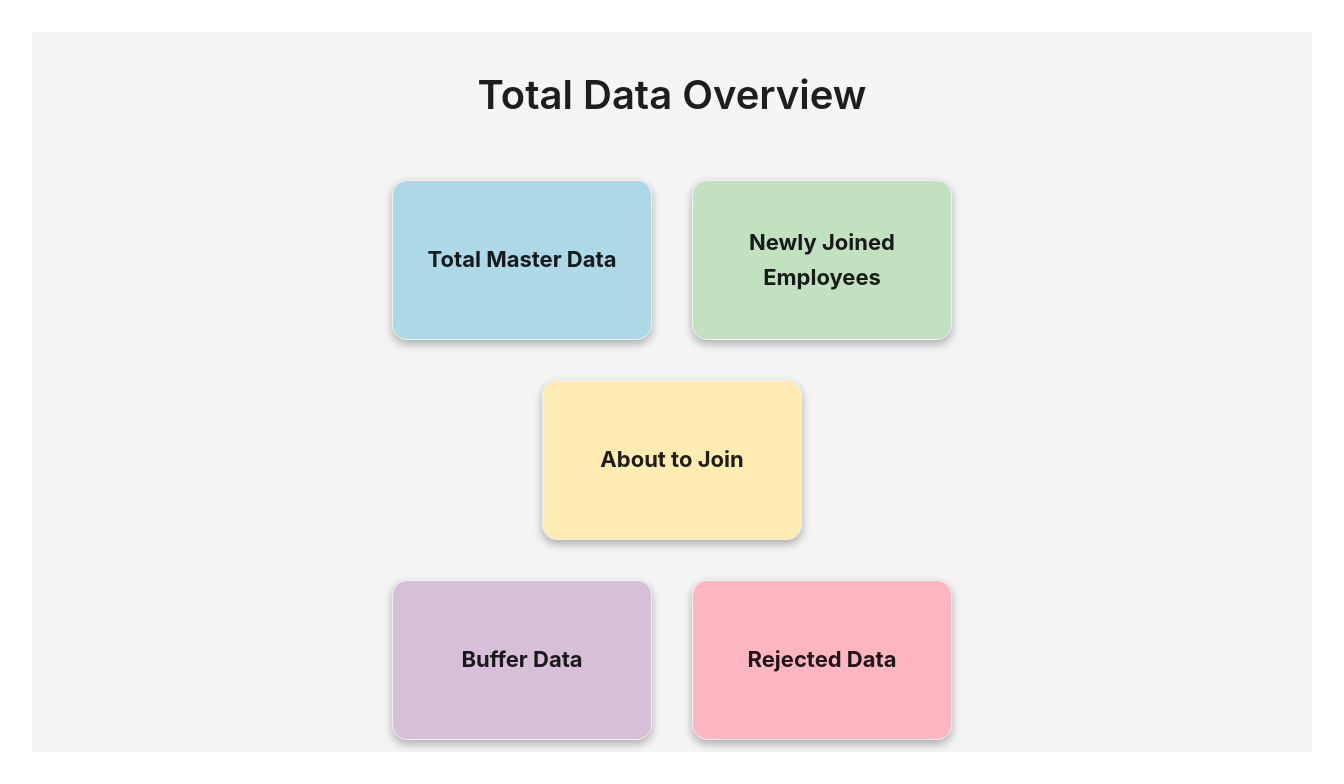
Repository: Moqueed/Delta_Iot
Page: /total-data (app in client/)
An editor plug-in stored every save of this project. The page is shown before and after the next save, followed by the edit.
The browser window is 1280 px wide. The page is 1344 px wide, so the pictures cover 1344 px, including what lies to the right of the window. The pictures show the whole page.
The project was rebuilt for these pictures with package versions that can differ from the ones it lists, and the page was loaded fresh each time. Also part of the build but not shown: client/vite.config.js, client/src/api/index.js, client/src/api/users.js, client/src/pages/Register/index.jsx, client/src/pages/Login/index.jsx, client/src/components/ProtectedRoute.jsx, client/src/pages/HR/HRDashboard.jsx, client/src/pages/Admin/AdminDashboard.jsx.

Above is the page before, as saved 2025-03-13 22:53:55.

After the next save:
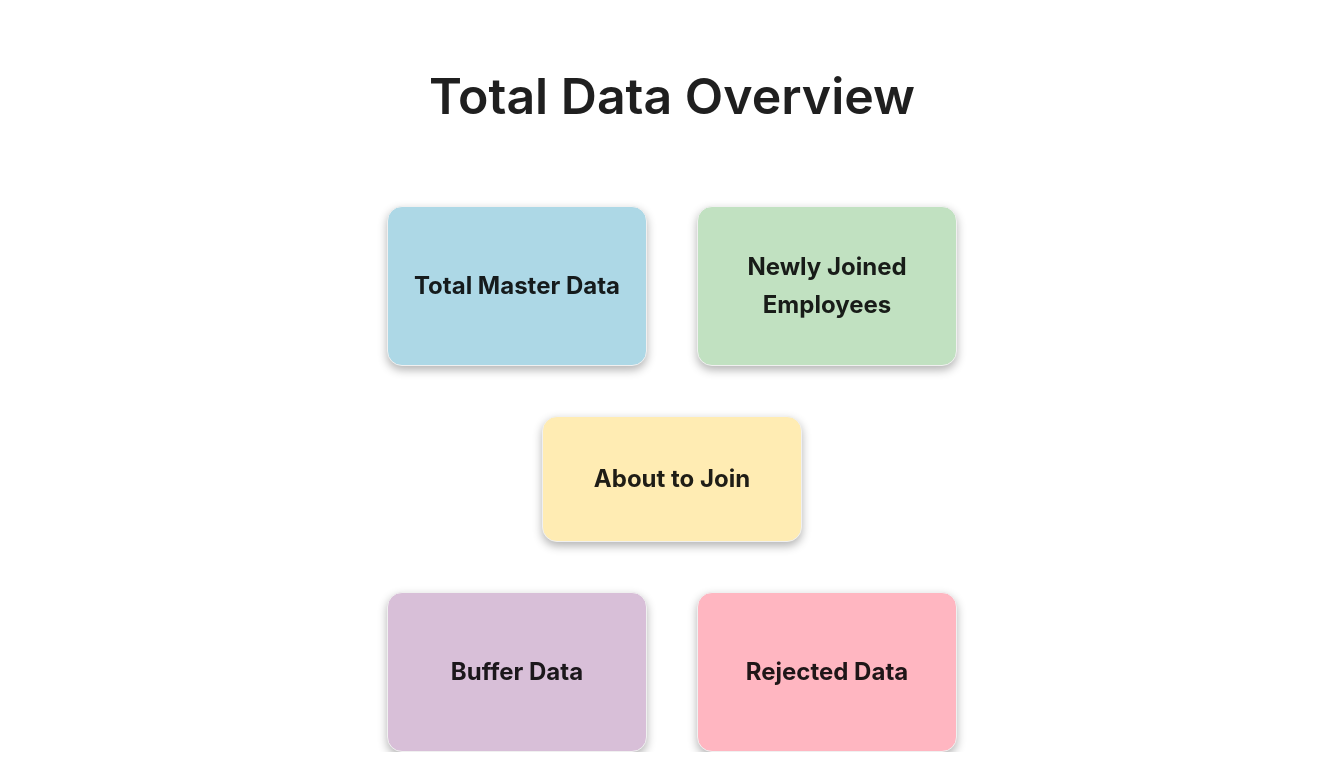
Saved 103 s later.
--- a/client/src/pages/HR/TotalDataPage.jsx
+++ b/client/src/pages/HR/TotalDataPage.jsx
@@ -21,7 +21,7 @@ const TotalDataPage = () => {
     borderRadius: "15px",
     boxShadow: "0 4px 10px rgba(0, 0, 0, 0.3)",
     fontWeight: "bold",
-    fontSize: "22px",
+    fontSize: "24px",
     cursor: "pointer",
     transition: "transform 0.3s ease, box-shadow 0.3s ease",
   };
@@ -45,16 +45,16 @@ const TotalDataPage = () => {
         flexDirection: "column",
         alignItems: "center",
         justifyContent: "center",
-        backgroundColor: "#f5f5f5",
-        gap: "40px",
+        backgroundColor: "#ffffff",
+        gap: "50px",
         overflow: "hidden",
       }}
     >
-      <Title level={1} style={{ marginBottom: "20px", fontSize: "40px" }}>
+      <Title level={1} style={{ marginBottom: "30px", fontSize: "50px" }}>
         Total Data Overview
       </Title>
 
-      <div style={{ display: "flex", gap: "40px" }}>
+      <div style={{ display: "flex", gap: "50px" }}>
         <Card
           style={{ ...cardStyle, backgroundColor: sections[0].color }}
           onMouseEnter={handleHover}
@@ -79,7 +79,7 @@ const TotalDataPage = () => {
         {sections[2].title}
       </Card>
 
-      <div style={{ display: "flex", gap: "40px" }}>
+      <div style={{ display: "flex", gap: "50px" }}>
         <Card
           style={{ ...cardStyle, backgroundColor: sections[3].color }}
           onMouseEnter={handleHover}
